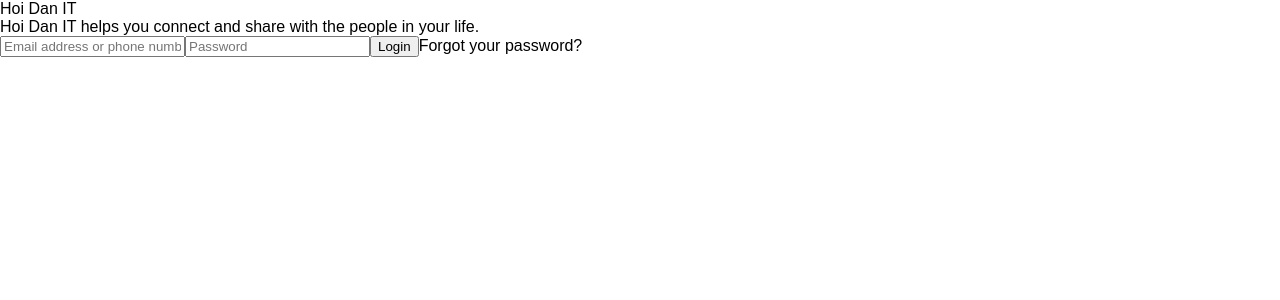
Repository: minhtien9/jwt_Reactjs_Frontend
Page: /login
These files come from the project's save history. The page is drawn as it stood at one moment and after the next save; the edit follows.
The browser window is 1280 px wide. The pictures show the whole page.
The project was rebuilt for these pictures with package versions that can differ from the ones it lists, and the page was loaded fresh each time. Also part of the build but not shown: src/App.scss, src/components/Navigation/Nav.js.

Above is the page before, as saved 2022-05-22 22:55:01.

After the next save:
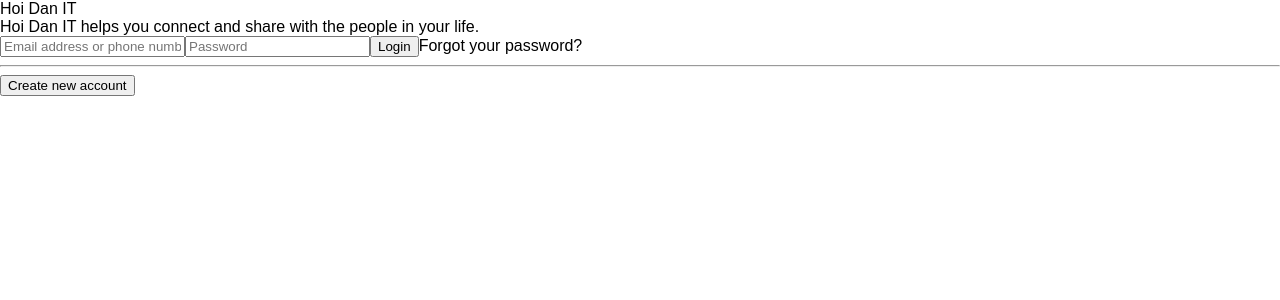
Saved 24 s later.
--- a/src/components/Login/Login.js
+++ b/src/components/Login/Login.js
@@ -25,6 +25,12 @@ const Login = (props) => {
                         />
                         <button className='btn btn-primary'>Login</button>
                         <span>Forgot your password?</span>
+                        <hr />
+                        <div>
+                            <button className='btn btn-success'>
+                                Create new account
+                            </button>
+                        </div>
                     </div>
                 </div>
             </div>
